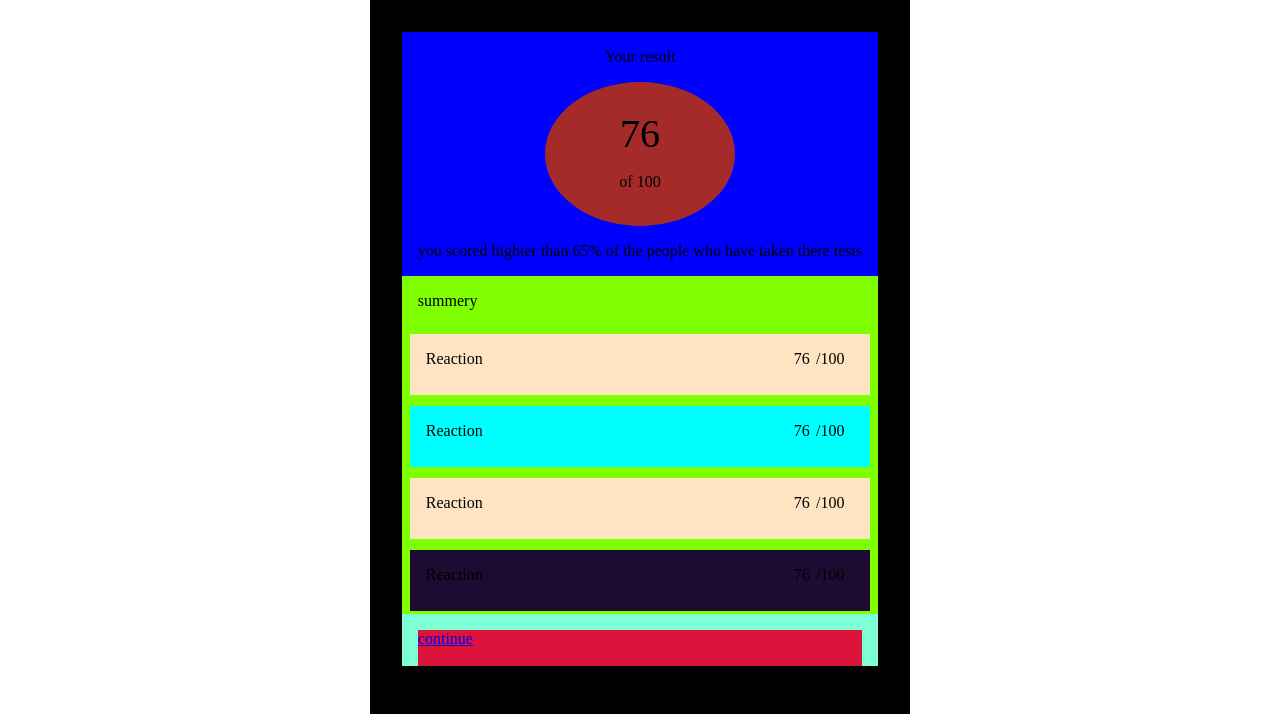
Repository: rahanwz/Card2-raha
Page: card2.html
These files come from the project's save history. The page is drawn as it stood at one moment and after the next save; the edit follows.
The browser window is 1280 px wide. The pictures show the whole page.

Above is the page before, as saved 2024-02-20 16:52:07.

After the next save:
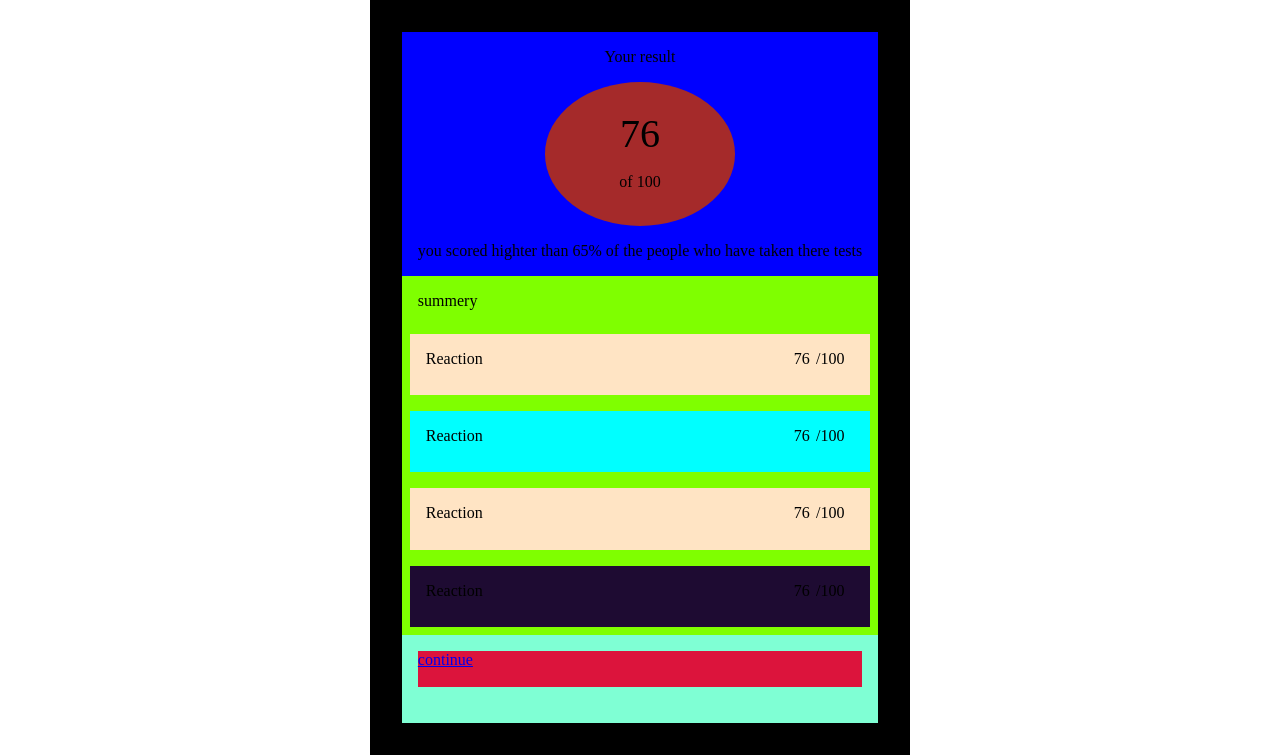
Saved 10 s later.
--- a/card2.css
+++ b/card2.css
@@ -92,6 +92,6 @@ height:5vh;
 background-color: crimson;
 }
 
-.box{
+.box5{
  height:10vh;
 }
